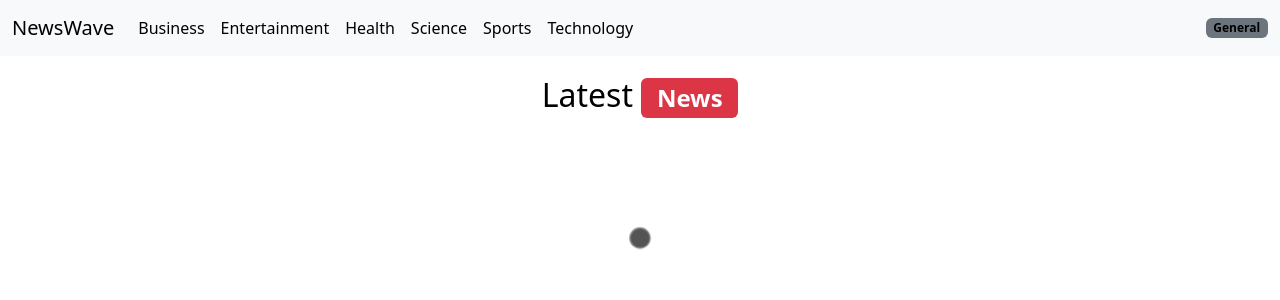
Repository: PranjalTripathi2003/news-wave
Page: /
These files come from the project's save history. The page is drawn as it stood at one moment and after the next save; the edit follows.
The browser window is 1280 px wide. The pictures show the whole page.
The page's requests for data from a server got no answer. The project was rebuilt for these pictures with package versions that can differ from the ones it lists, and the page was loaded fresh each time. No one was signed in, and anything a server would have sent is missing. Also part of the build but not shown: vite.config.js, src/styles/NewsItem.css, src/components/NewsItem.jsx.

Above is the page before, as saved 2024-07-26 20:50:13.

After the next save:
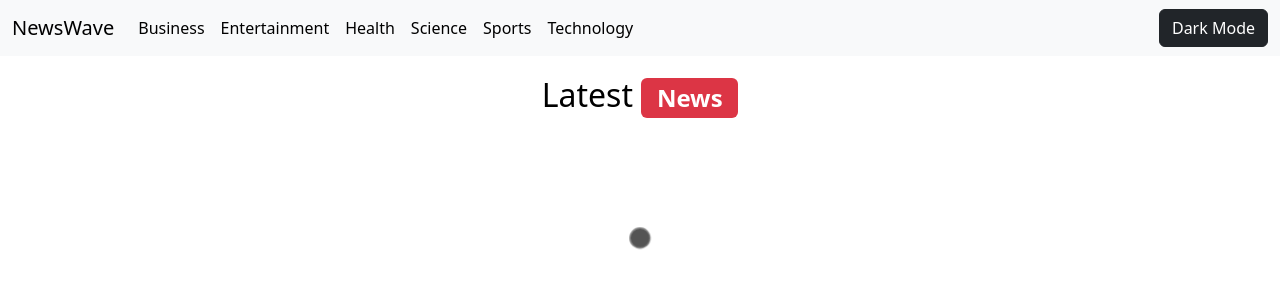
Saved 65 s later.
--- a/src/components/Navbar.jsx
+++ b/src/components/Navbar.jsx
@@ -77,13 +77,13 @@ const Navbar = ({ setCategory, toggleDarkMode, darkMode }) => {
               </a>
             </li>
           </ul>
-          <div className="badge text-bg-secondary">
-            <a
-              className={`nav-link ${darkMode ? "text-light" : "text-dark"}`}
-              onClick={() => setCategory("general")}
+          <div className="d-flex align-items-center">
+            <button
+              className={`btn ${darkMode ? "btn-light" : "btn-dark"}`}
+              onClick={toggleDarkMode}
             >
-              General
-            </a>
+              {darkMode ? "Light Mode" : "Dark Mode"}
+            </button>
           </div>
         </div>
       </div>
